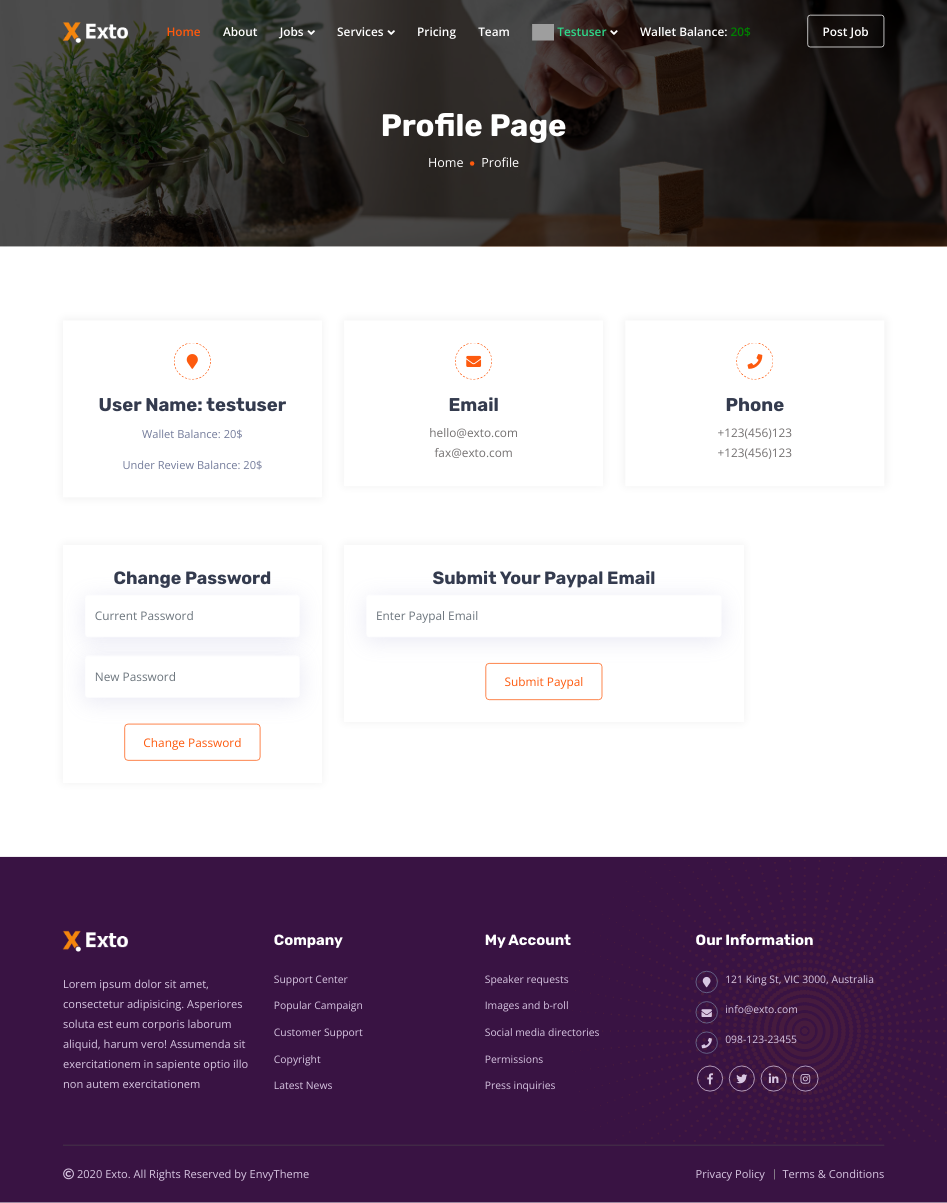
Repository: aakashrajput/XtremeWorks
Page: http://localhost/user/profile
These files come from the project's save history. The page is drawn as it stood at one moment and after the next save; the edit follows.
The browser window is 1280 px wide. The pictures show the whole page, at 74% of full size.
Pictures or frames that could not be fetched are drawn as grey boxes. The page is served by the project's Laravel application, run on PHP 8.4 with Laravel 8. A made-up administrator, Test User (test@example.com), is signed in.

Above is the page before, as saved 2020-03-26 14:43:41.

After the next save:
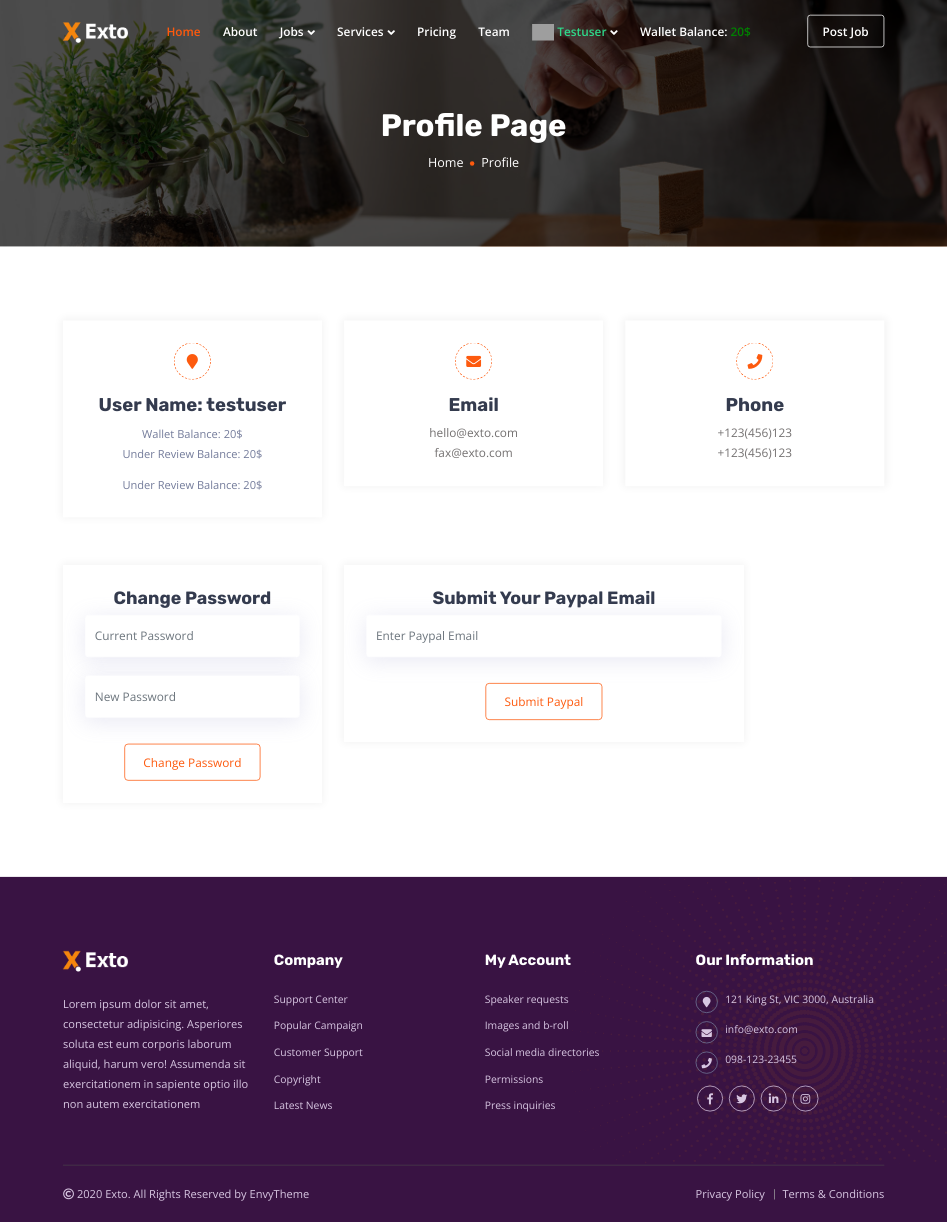
Saved 13 s later.
--- a/resources/views/user/profile.blade.php
+++ b/resources/views/user/profile.blade.php
@@ -28,7 +28,7 @@
                     <i class="fa fa-map-marker"></i>
                     <div class="content-title">
                     <h3>User Name: {{Auth::user()->username}}</h3>
-                        <p>Wallet Balance: 20$</p>
+                        <p>Wallet Balance: 20$ <br> Under Review Balance: 20$</p>
                         <p>Under Review Balance: 20$</p>
                     </div>
                 </div>

After the save that followed:
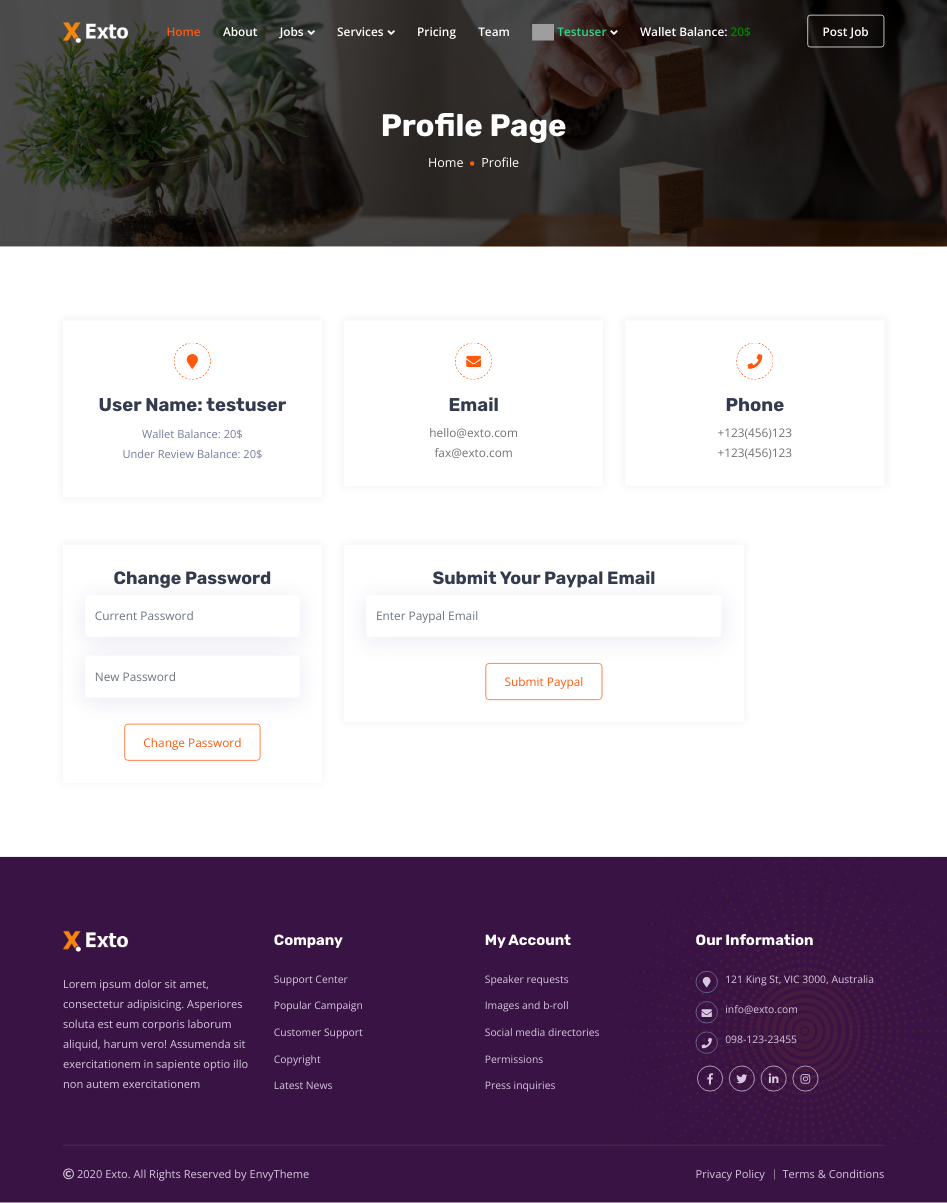
Saved 6 s later.
--- a/resources/views/user/profile.blade.php
+++ b/resources/views/user/profile.blade.php
@@ -29,7 +29,7 @@
                     <div class="content-title">
                     <h3>User Name: {{Auth::user()->username}}</h3>
                         <p>Wallet Balance: 20$ <br> Under Review Balance: 20$</p>
-                        <p>Under Review Balance: 20$</p>
+                        <p></p>
                     </div>
                 </div>
             </div>
